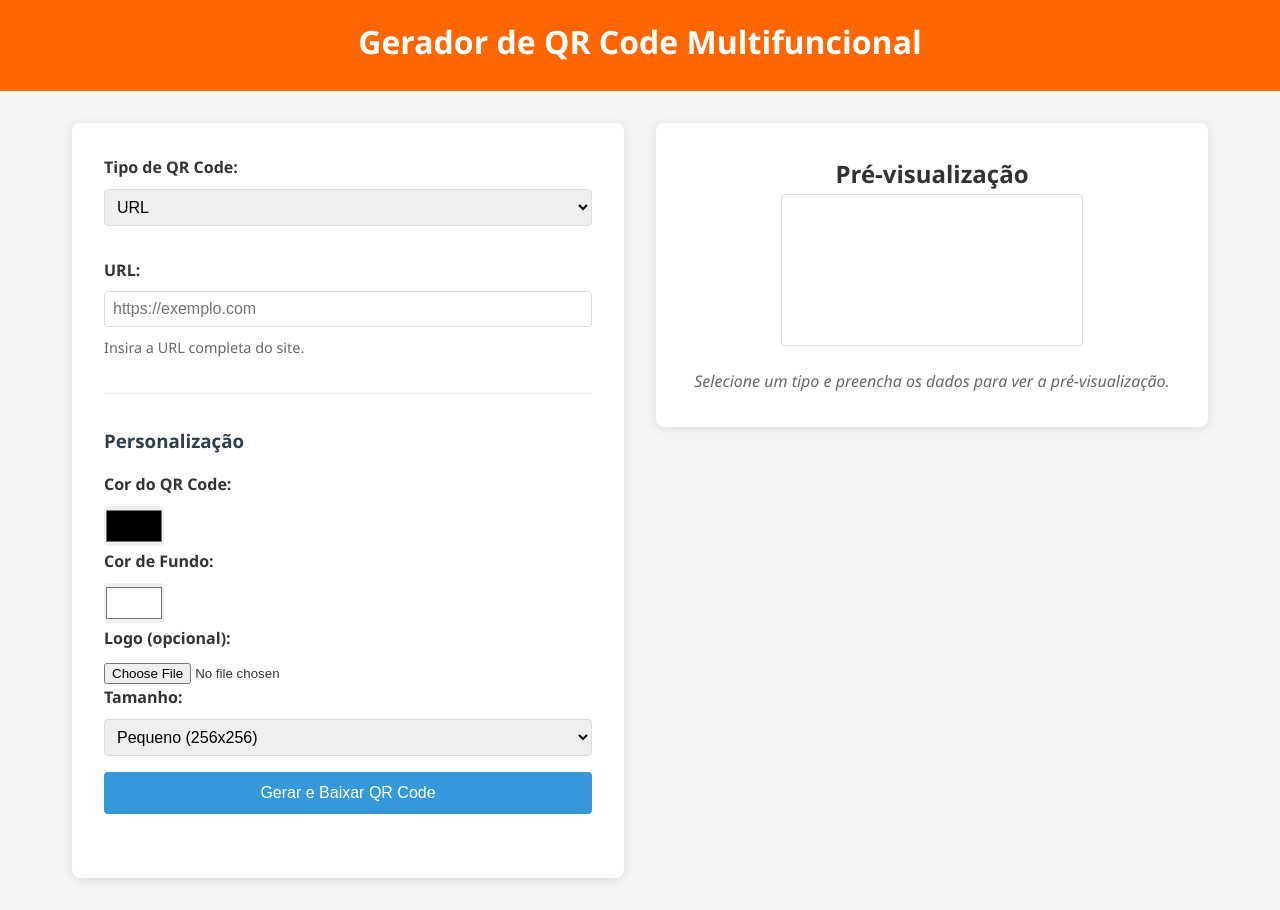
Repository: davyjales/qr-generator-site
Page: public/index.html
These files come from the project's save history. The page is drawn as it stood at one moment and after the next save; the edit follows.
The browser window is 1280 px wide. The pictures show the whole page.

Above is the page before, as saved 2025-10-22 21:12:49.

After the next save:
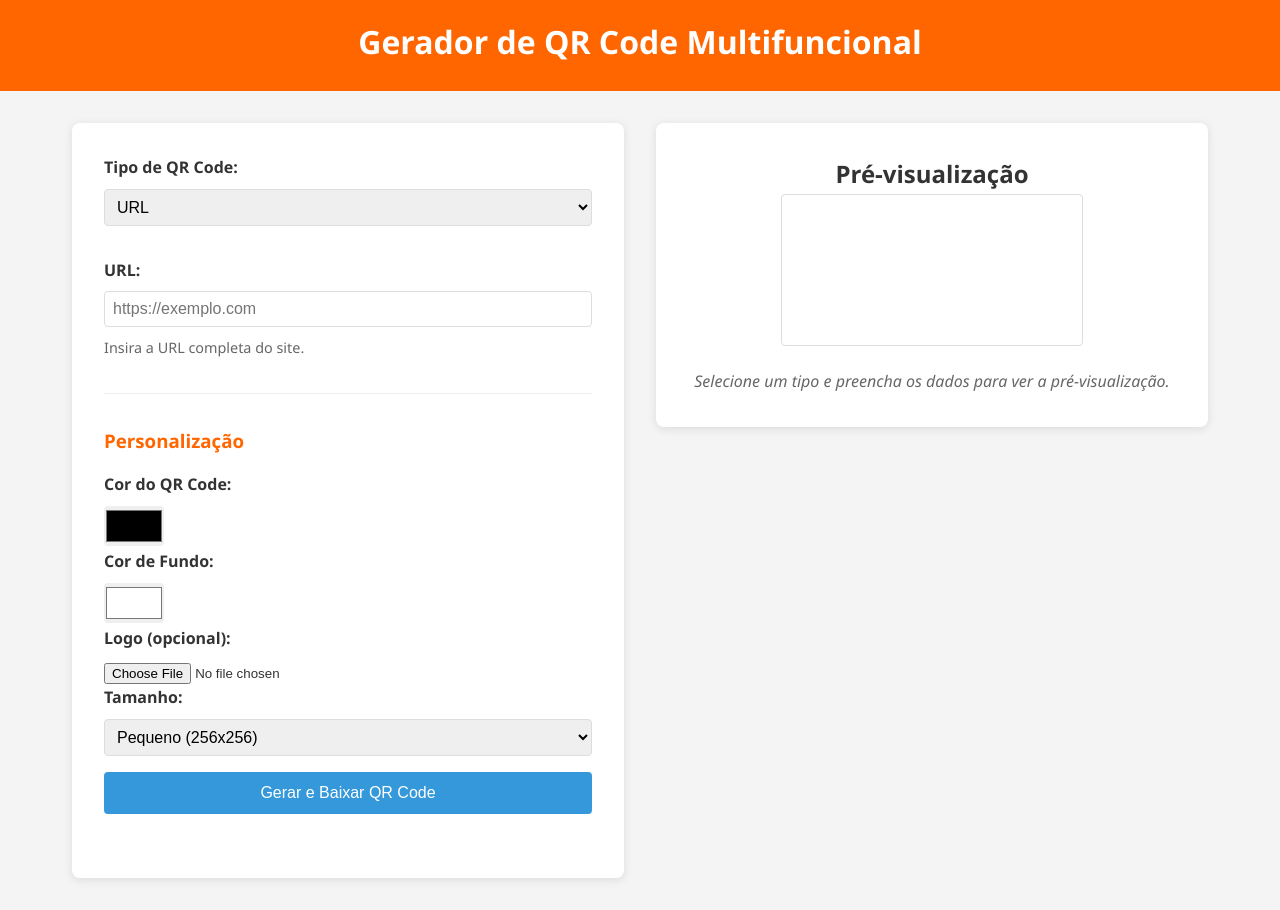
Saved 6 s later.
--- a/public/style.css
+++ b/public/style.css
@@ -113,7 +113,7 @@ main {
 
 .customization h3 {
   margin-bottom: 1rem;
-  color: #2c3e50;
+  color: #ff6600;
 }
 
 .customization label {
